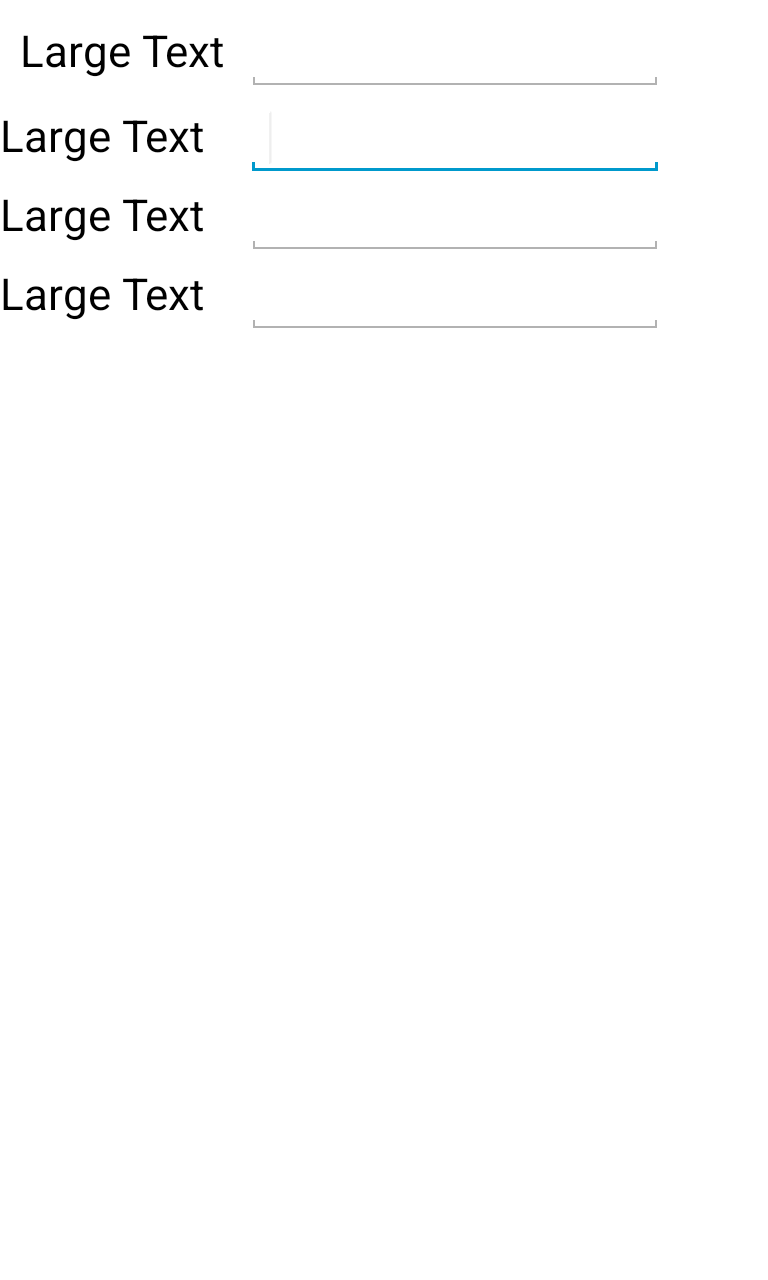
Repository: shervinshaikh/Android
Layout: NBAScoreTracker/res/layout/fragment_scores.xml
An editor plug-in stored every save of this project. The layout is shown before and after the next save, followed by the edit.
It is drawn on a 768 x 1280 px phone screen (xhdpi) without system bars, with theme AppTheme; the app's code is not run.

Above is the layout before, as saved 2013-04-27 22:26:32.

### NBAScoreTracker/res/layout/fragment_scores.xml
<TableLayout xmlns:android="http://schemas.android.com/apk/res/android"
    android:layout_width="fill_parent"
    android:layout_height="fill_parent" >

    <TableRow
        android:id="@+id/tableRow1"
        android:layout_width="wrap_content"
        android:layout_height="wrap_content" >

        <TextView
            android:id="@+id/textView1"
            android:layout_width="wrap_content"
            android:layout_height="wrap_content"
            android:text="Large Text"
            android:textAppearance="?android:attr/textAppearanceLarge"
            android:padding="10dip"
             />

        <EditText
            android:id="@+id/editText1"
            android:layout_width="wrap_content"
            android:layout_height="wrap_content"
            android:ems="10" />

    </TableRow>

    <TableRow
        android:id="@+id/tableRow2"
        android:layout_width="wrap_content"
        android:layout_height="wrap_content" >

        <TextView
            android:id="@+id/textView2"
            android:layout_width="wrap_content"
            android:layout_height="wrap_content"
            android:text="Large Text"
            android:textAppearance="?android:attr/textAppearanceLarge" />

        <EditText
            android:id="@+id/editText2"
            android:layout_width="wrap_content"
            android:layout_height="wrap_content"
            android:ems="10" >

            <requestFocus />
        </EditText>

    </TableRow>

    <TableRow
        android:id="@+id/tableRow3"
        android:layout_width="wrap_content"
        android:layout_height="wrap_content" >

        <TextView
            android:id="@+id/textView3"
            android:layout_width="wrap_content"
            android:layout_height="wrap_content"
            android:text="Large Text"
            android:textAppearance="?android:attr/textAppearanceLarge" />

        <EditText
            android:id="@+id/editText3"
            android:layout_width="wrap_content"
            android:layout_height="wrap_content"
            android:ems="10" />

    </TableRow>

    <TableRow
        android:id="@+id/tableRow4"
        android:layout_width="wrap_content"
        android:layout_height="wrap_content" >

        <TextView
            android:id="@+id/textView4"
            android:layout_width="wrap_content"
            android:layout_height="wrap_content"
            android:text="Large Text"
            android:textAppearance="?android:attr/textAppearanceLarge" />

        <EditText
            android:id="@+id/editText4"
            android:layout_width="wrap_content"
            android:layout_height="wrap_content"
            android:ems="10" />

    </TableRow>

</TableLayout>

Loaded but not shown: NBAScoreTracker/res/values/styles.xml (common file); NBAScoreTracker/res/values-v11/styles.xml (common file); NBAScoreTracker/res/values-v14/styles.xml (common file)

After the next save:
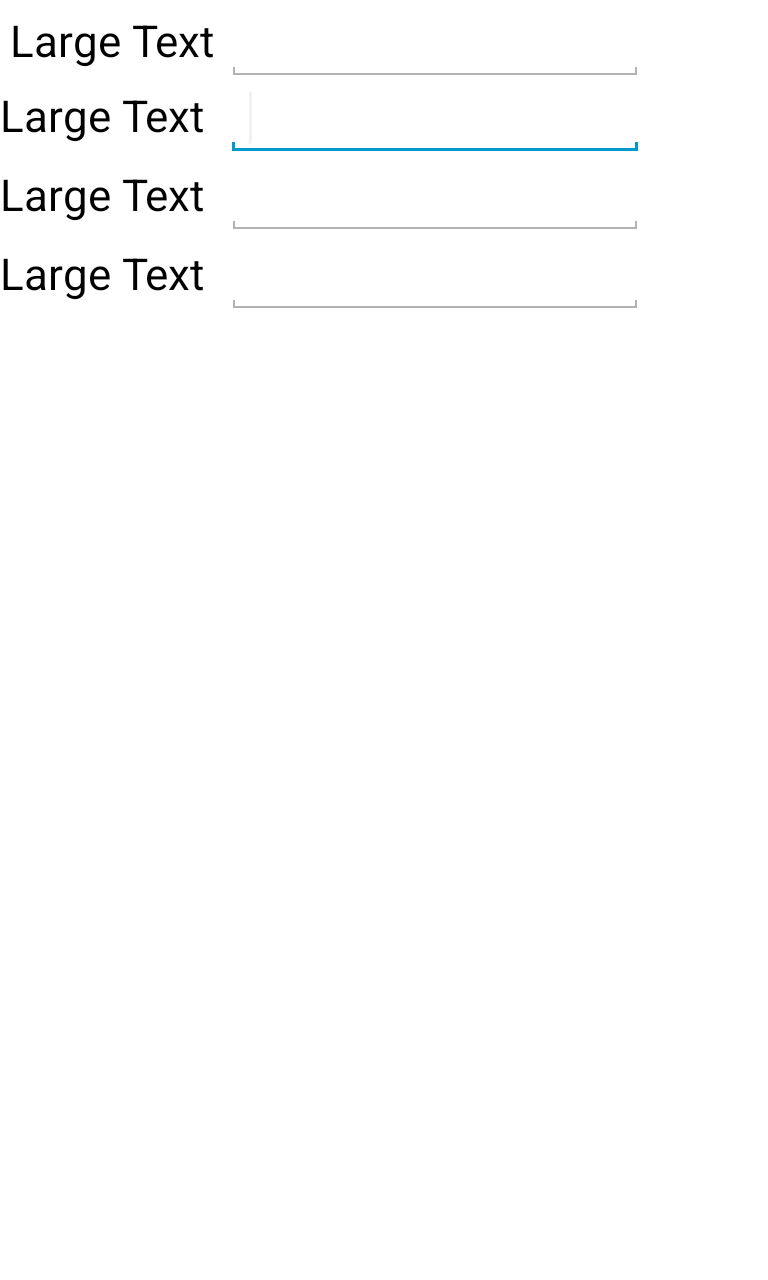
Saved 9 s later.
--- a/NBAScoreTracker/res/layout/fragment_scores.xml
+++ b/NBAScoreTracker/res/layout/fragment_scores.xml
@@ -13,7 +13,7 @@
             android:layout_height="wrap_content"
             android:text="Large Text"
             android:textAppearance="?android:attr/textAppearanceLarge"
-            android:padding="10dip"
+            android:padding="5dip"
              />
 
         <EditText
